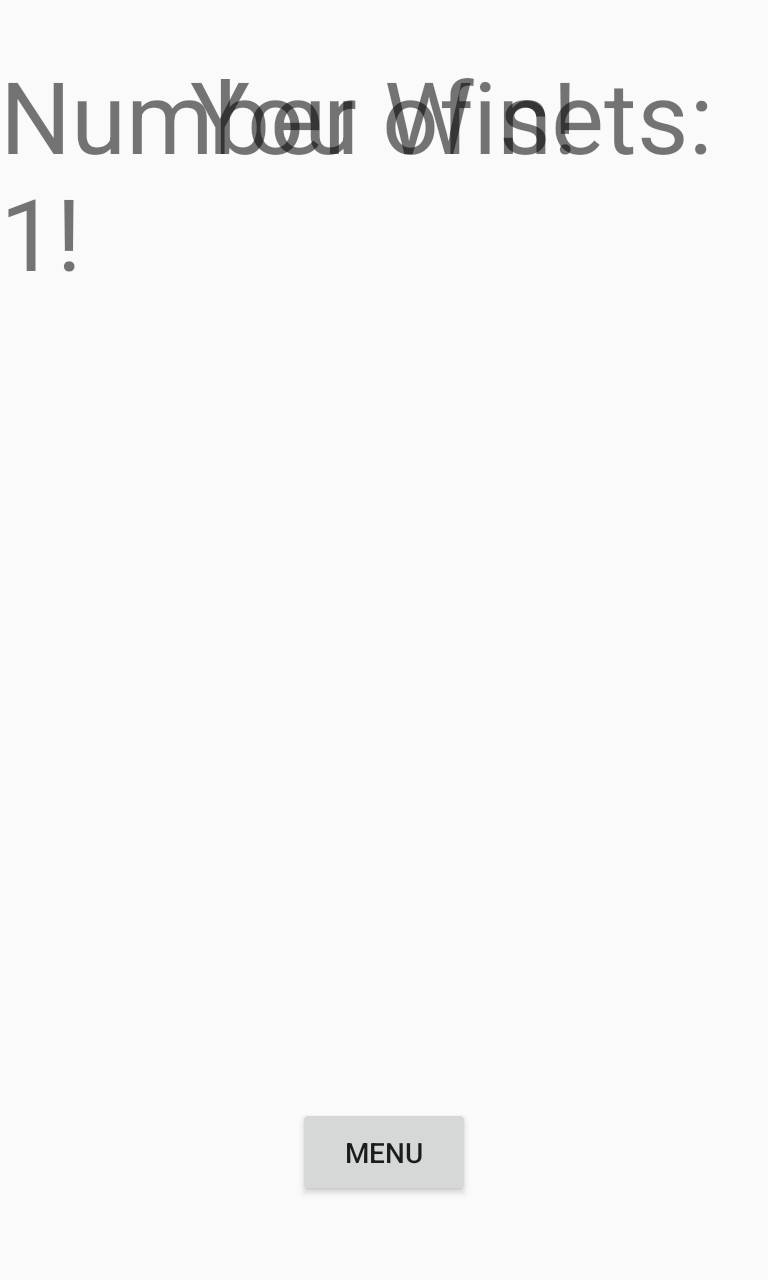
Repository: Rukshar/Native-App
Layout: nPuzzle10694676/nPuzzle10694676/res/layout/you_win.xml
The author's editor kept a copy of each file at every save. The layout is drawn from the files as they stood at one save, then again after the next save.
It is drawn on a 768 x 1280 px phone screen (xhdpi) without system bars, with theme AppTheme; the app's code is not run.

Above is the layout before, as saved 2014-11-20 15:15:15.

### nPuzzle10694676/nPuzzle10694676/res/layout/you_win.xml
<?xml version="1.0" encoding="utf-8"?>
<RelativeLayout xmlns:android="http://schemas.android.com/apk/res/android"
    android:layout_width="match_parent"
    android:layout_height="match_parent"
    android:orientation="vertical" >
"


    <TextView
        android:id="@+id/youwin"
        android:layout_width="wrap_content"
        android:layout_height="wrap_content"
        android:layout_alignParentTop="true"
        android:layout_centerHorizontal="true"
        android:layout_marginTop="24dp"
        android:gravity="fill_horizontal"
        android:text="You Win!"
        android:textSize="50dp" />

      <TextView
        android:id="@+id/youwin"
        android:layout_width="wrap_content"
        android:layout_height="wrap_content"
        android:layout_alignParentTop="true"
        android:layout_centerHorizontal="true"
        android:layout_marginTop="24dp"
        android:gravity="fill_horizontal"
        android:text="Number of sets: 1!"
        android:textSize="50dp" />

    <Button
        android:id="@+id/button1"
        android:layout_width="wrap_content"
        android:layout_height="wrap_content"
        android:layout_alignParentBottom="true"
        android:layout_centerHorizontal="true"
        android:layout_marginBottom="40dp"
        android:text="Menu" />

</RelativeLayout>

Loaded but not shown: nPuzzle10694676/nPuzzle10694676/res/values/styles.xml (common file); nPuzzle10694676/nPuzzle10694676/res/values-v11/styles.xml (common file); nPuzzle10694676/nPuzzle10694676/res/values-v14/styles.xml (common file)

After the next save:
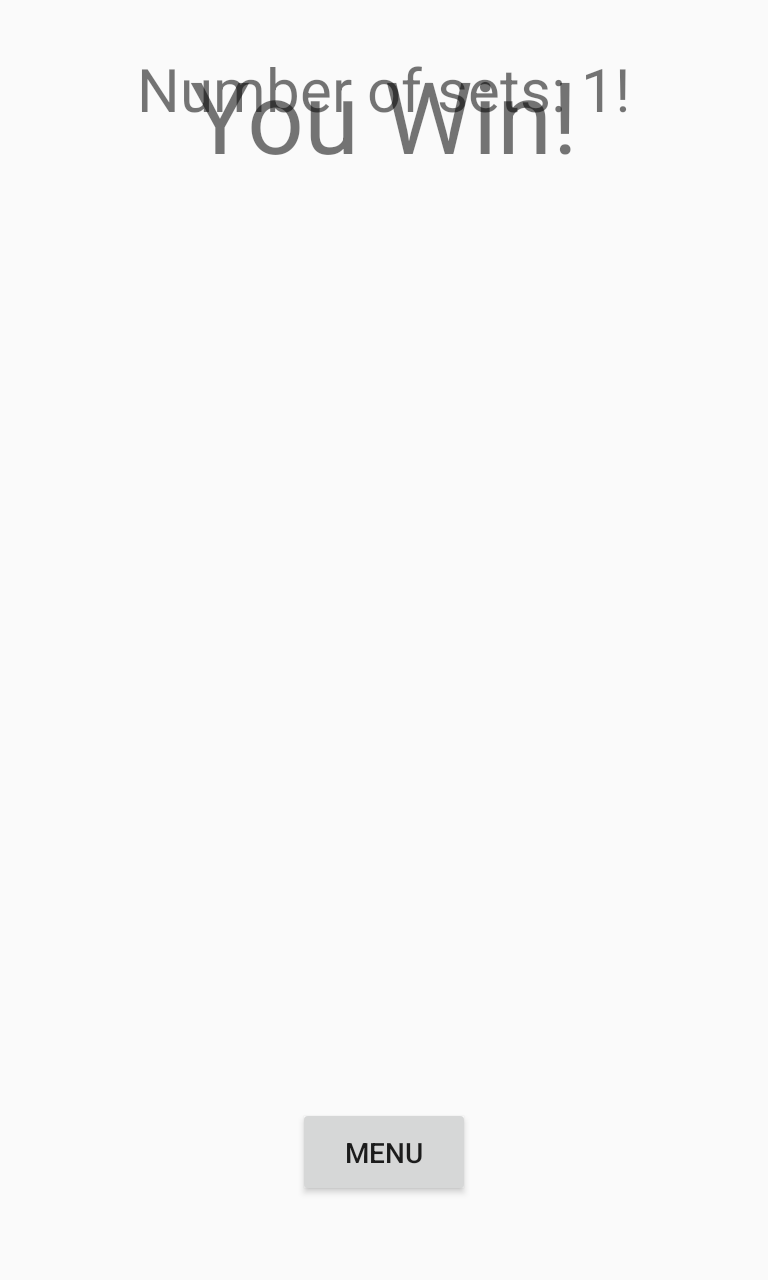
Saved 9 s later.
--- a/nPuzzle10694676/nPuzzle10694676/res/layout/you_win.xml
+++ b/nPuzzle10694676/nPuzzle10694676/res/layout/you_win.xml
@@ -26,7 +26,7 @@
         android:layout_marginTop="24dp"
         android:gravity="fill_horizontal"
         android:text="Number of sets: 1!"
-        android:textSize="50dp" />
+        android:textSize="30dp" />
 
     <Button
         android:id="@+id/button1"
